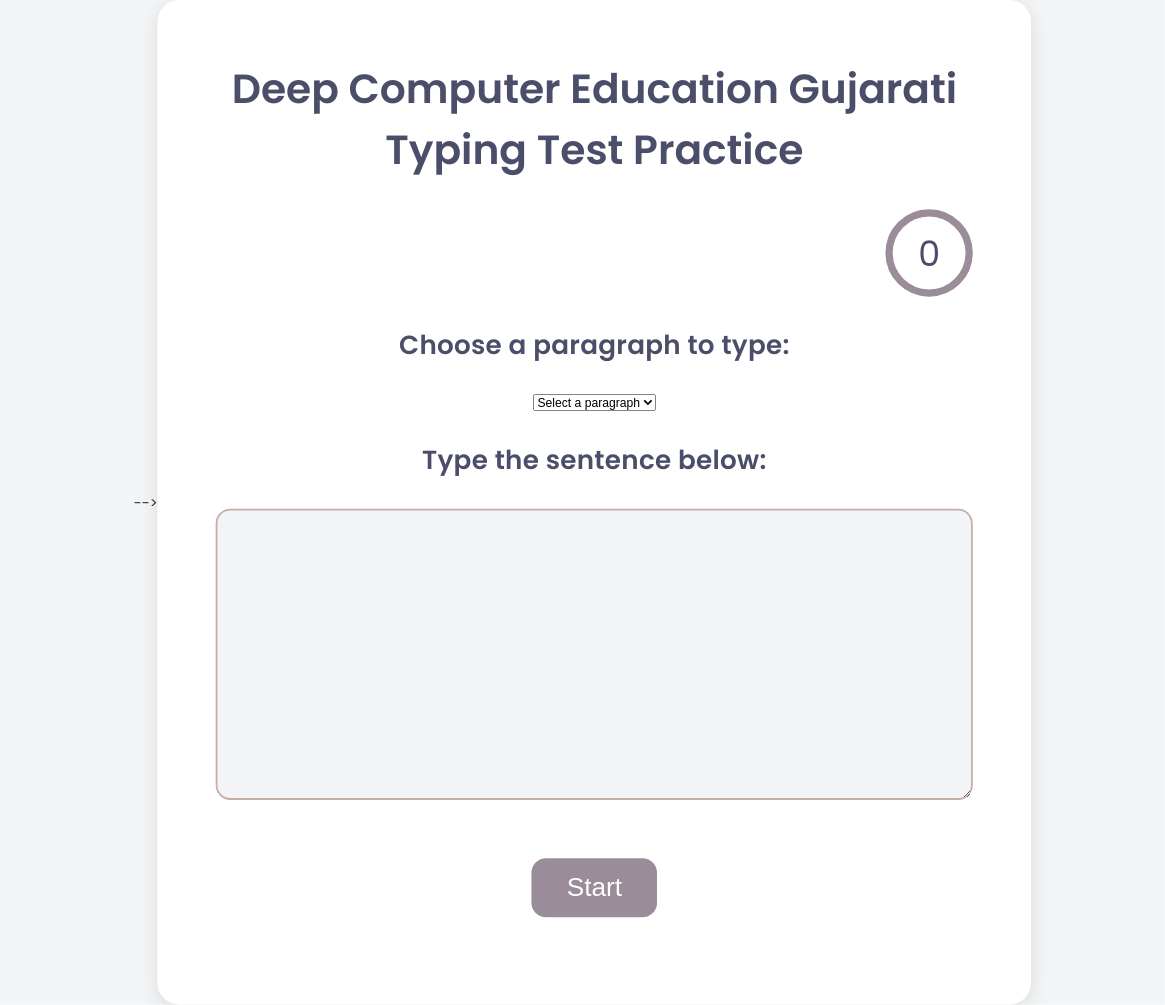
Repository: ssj27072002/Gujarati-typing-test
Page: typingGame/index.html
These files come from the project's save history. The page is drawn as it stood at one moment and after the next save; the edit follows.
The browser window is 1280 px wide. The pictures show the whole page, at 91% of full size.

Above is the page before, as saved 2024-06-12 12:47:46.

### typingGame/index.html
<!-- <!DOCTYPE html>
<html lang="en">
<head>
    <meta charset="UTF-8">
    <title>Gujarati Typing Test</title>
    <link rel="stylesheet" href="css/style.css">
</head>
<body>
    <div class="typing-section">
        <h1>Deep Computer Education Gujarati Typing Test Practice</h1>
        <div class="timer-div">
            <div id="show-time">0</div>
        </div>
        <h2>Type the sentence below:</h2>
        <div id="showSentence">ગાંધીનગર ગુજરાતની રાજધાની છે. આ શહેરમાં મોટા પ્રમાણમાં સરકારી કાર્યાલયો અને ઔદ્યોગિક ક્ષેત્ર છે. અમદાવાદ, જે ગુજરાતનું સૌથી મોટું શહેર છે, તેનું એક મહત્વનું ઐતિહાસિક અને આર્થિક કેન્દ્ર છે. અમદાવાદની સુંદર નદી સાબરમતીના કાંઠે બનેલું સાબરમતી આશ્રમ મહાત્મા ગાંધીજીની યાદ અપાવે છે.</div>
        <textarea id="textarea" disabled></textarea>
        <button id="btn">Start</button>
        <div id="score"></div>
    </div>

<!-- <section class="main-body"> -->
    <!-- <h2>typing Speed test</h2> -->

     <!-- <div class="timer-div"> -->
        <!-- <p id="show-time"></p> -->
     <!-- </div> -->

    <!-- <p id="showSentence"></p> -->

    <!-- <div class="typing_section">
        <label for="textarea"></label>
        <textarea name="textarea" id="textarea" cols="30" rows="10" disabled></textarea>
        <br>
        <button id="btn">Start</button>
    </div> -->

    <!-- <p id="score"></p>
</section> -->

<!-- <script src="js/index.js"></script>
</body>
</html> --> -->

<!DOCTYPE html>
<html lang="en">
<head>
    <meta charset="UTF-8">
    <title>Gujarati Typing Test</title>
    <link rel="stylesheet" href="css/style.css">
</head>
<body>
    <div class="typing-section">
        <h1>Deep Computer Education Gujarati Typing Test Practice</h1>
        <div class="timer-div">
            <div id="show-time">0</div>
        </div>
        <h2>Choose a paragraph to type:</h2>
        <select id="paragraphSelector">
            <option value="">Select a paragraph</option>
            <option value="1">Paragraph 1</option>
            <option value="2">Paragraph 2</option>
            <option value="3">Paragraph 3</option>
        </select>
        <h2>Type the sentence below:</h2>
        <div id="showSentence"></div>
        <textarea id="textarea" disabled></textarea>
        <button id="btn">Start</button>
        <div id="score"></div>
    </div>

<script src="js/index.js"></script>
</body>
</html>

### typingGame/css/style.css
/* @import url('https://fonts.googleapis.com/css2?family=Josefin+Sans:wght@400;600;700&family=Lexend+Deca:wght@100;200;300;400;500;600;700&family=Poppins:wght@300;400;600&display=swap');

*{
    margin: 0;
    padding: 0;
    box-sizing: border-box;
    font-family: 'Poppins', sans-serif;
}

html{
    font-size: 62.5%;
}

body{
    height: 100vh;
    display: flex;
    justify-content: center;
    align-items: center;
    background-color: rgba(191, 172, 226, 0.35);
}

.typing-section{
    text-align: center;
}

#textarea{
    border: .1rem solid #A084DC;
    border-radius: 1rem;
    max-width: 50rem;
    width: 50rem;
    height: 20rem;
    padding: 1rem 2rem;
    font-size: 1.6rem;
}

#btn{
    display: inline-block;
    padding: 1rem 2.4rem;
    border: none;
    border-radius: 1rem;
    background-color: #645CBB;
    color: #fff;
    font-size: 1.8rem;
    margin-top: 1.6rem;
}

h2{
    font-size: 2.4rem;
    text-transform: capitalize;
    color: #645CBB;
    text-align: center;
}

#showSentence, #score{
    font-size: 1.6rem;
    margin: 2rem 0;
    letter-spacing: .02rem;
    text-align: center;
}

.timer-div{
    width: 100%;
    text-align: right;
    display: flex;
    justify-content: flex-end;
}

#show-time{
    font-size: 2.4rem;
    padding: 1.5rem;
    text-align: right;
    width: 6rem;
    place-items: center;
    display: flex;
    justify-content: center;
    align-items: center;
    border-radius: 50%;
    border: .5rem solid #645CBB;
} */

/* @import url('https://fonts.googleapis.com/css2?family=Josefin+Sans:wght@400;600;700&family=Lexend+Deca:wght@100;200;300;400;500;600;700&family=Poppins:wght@300;400;600&display=swap');

* {
    margin: 0;
    padding: 0;
    box-sizing: border-box;
    font-family: 'Poppins', sans-serif;
}

html {
    font-size: 62.5%;
}

body {
    height: 100vh;
    display: flex;
    justify-content: center;
    align-items: center;
    background-color: #f3f4f6;
    color: #333;
}

.typing-section {
    text-align: center;
    background: #fff;
    border-radius: 1.5rem;
    box-shadow: 0 4px 20px rgba(0, 0, 0, 0.1);
    padding: 2rem 4rem;
    max-width: 60rem;
    width: 100%;
}

.typing-section h1 {
    font-size: 3.6rem;
    color: #4a4e69;
    margin-bottom: 2rem;
    text-transform: capitalize;
    font-weight: 700;
}

#textarea {
    border: .2rem solid #c9ada7;
    border-radius: 1rem;
    max-width: 100%;
    width: 100%;
    height: 20rem;
    padding: 1rem 2rem;
    font-size: 1.6rem;
    color: #333;
    background: #f3f4f6;
    outline: none;
    transition: border-color 0.3s ease;
}

#textarea:focus {
    border-color: #9a8c98;
}

#btn {
    display: inline-block;
    padding: 1rem 2.4rem;
    border: none;
    border-radius: 1rem;
    background-color: #9a8c98;
    color: #fff;
    font-size: 1.8rem;
    margin-top: 2rem;
    cursor: pointer;
    transition: background-color 0.3s ease;
}

#btn:hover {
    background-color: #6d6875;
}

h2 {
    font-size: 2.4rem;
    color: #4a4e69;
    text-align: center;
    margin-bottom: 1.5rem;
}

#showSentence, #score {
    font-size: 1.8rem;
    margin: 2rem 0;
    letter-spacing: .02rem;
    text-align: center;
    color: #4a4e69;
}

.timer-div {
    width: 100%;
    text-align: right;
    display: flex;
    justify-content: flex-end;
    margin-bottom: 1rem;
}

#show-time {
    font-size: 2.4rem;
    padding: 1.5rem;
    text-align: center;
    width: 6rem;
    height: 6rem;
    display: flex;
    justify-content: center;
    align-items: center;
    border-radius: 50%;
    border: .5rem solid #9a8c98;
    color: #4a4e69;
    background: #fff;
} */




/* @import url('https://fonts.googleapis.com/css2?family=Josefin+Sans:wght@400;600;700&family=Lexend+Deca:wght@100;200;300;400;500;600;700&family=Poppins:wght@300;400;600&display=swap');

* {
    margin: 0;
    padding: 0;
    box-sizing: border-box;
    font-family: 'Poppins', sans-serif;
}

html {
    font-size: 62.5%;
}

body {
    height: 100vh;
    display: flex;
    justify-content: center;
    align-items: center;
    background-color: #f3f4f6;
    color: #333;
}

.typing-section {
    text-align: center;
    background: #fff;
    border-radius: 1.5rem;
    box-shadow: 0 4px 20px rgba(0, 0, 0, 0.1);
    padding: 2rem 4rem;
    max-width: 60rem;
    width: 100%;
}

.typing-section h1 {
    font-size: 3.6rem;
    color: #4a4e69;
    margin-bottom: 2rem;
    text-transform: capitalize;
    font-weight: 700;
}

#textarea {
    border: .2rem solid #c9ada7;
    border-radius: 1rem;
    max-width: 100%;
    width: 100%;
    height: 20rem;
    padding: 1rem 2rem;
    font-size: 1.6rem;
    color: #333;
    background: #f3f4f6;
    outline: none;
    transition: border-color 0.3s ease;
    margin-bottom: 2rem;
}

#textarea:focus {
    border-color: #9a8c98;
}

#btn {
    display: inline-block;
    padding: 1rem 2.4rem;
    border: none;
    border-radius: 1rem;
    background-color: #9a8c98;
    color: #fff;
    font-size: 1.8rem;
    margin-top: 2rem;
    cursor: pointer;
    transition: background-color 0.3s ease;
}

#btn:hover {
    background-color: #6d6875;
}

h2 {
    font-size: 2.4rem;
    color: #4a4e69;
    text-align: center;
    margin-bottom: 1.5rem;
}

#showSentence, #score {
    font-size: 1.6rem;
    margin: 2rem 0;
    letter-spacing: .02rem;
    text-align: center;
    color: #4a4e69;
}

.timer-div {
    width: 100%;
    text-align: right;
    display: flex;
    justify-content: flex-end;
    margin-bottom: 1rem;
}

#show-time {
    font-size: 2.4rem;
    padding: 1.5rem;
    text-align: center;
    width: 6rem;
    height: 6rem;
    display: flex;
    justify-content: center;
    align-items: center;
    border-radius: 50%;
    border: .5rem solid #9a8c98;
    color: #4a4e69;
    background: #fff;
}
 */



 @import url('https://fonts.googleapis.com/css2?family=Josefin+Sans:wght@400;600;700&family=Lexend+Deca:wght@100;200;300;400;500;600;700&family=Poppins:wght@300;400;600&display=swap');

/* Reset */
* {
    margin: 0;
    padding: 0;
    box-sizing: border-box;
}

/* Typography */
html {
    font-size: 16px; /* Base font size */
}

body {
    min-height: 100vh;
    display: flex;
    justify-content: center;
    align-items: center;
    font-family: 'Poppins', sans-serif;
    background-color: #f3f4f6;
    color: #333;
}

/* Typing section */
.typing-section {
    text-align: center;
    background-color: #fff;
    border-radius: 1.5rem;
    box-shadow: 0 4px 20px rgba(0, 0, 0, 0.1);
    padding: 4rem;
    max-width: 60rem;
    width: 90%;
}

.typing-section h1 {
    font-size: 2.8rem;
    color: #4a4e69;
    margin-bottom: 2rem;
    font-weight: 700;
}

/* Text area */
#textarea {
    border: 2px solid #c9ada7;
    border-radius: 1rem;
    width: 100%;
    height: 20rem;
    padding: 1rem 2rem;
    font-size: 1.6rem;
    color: #333;
    background-color: #f3f4f6;
    outline: none;
    transition: border-color 0.3s ease;
    margin-bottom: 2rem;
}

#textarea:focus {
    border-color: #9a8c98;
}

/* Button */
#btn {
    display: inline-block;
    padding: 1rem 2.4rem;
    border: none;
    border-radius: 1rem;
    background-color: #9a8c98;
    color: #fff;
    font-size: 1.8rem;
    margin-top: 2rem;
    cursor: pointer;
    transition: background-color 0.3s ease;
}

#btn:hover {
    background-color: #6d6875;
}

/* Secondary text */
h2, #showSentence, #score {
    font-size: 1.8rem;
    margin: 2rem 0;
    letter-spacing: 0.02rem;
    color: #4a4e69;
}

/* Timer */
.timer-div {
    width: 100%;
    text-align: right;
    display: flex;
    justify-content: flex-end;
    margin-bottom: 1rem;
}

#show-time {
    font-size: 2.4rem;
    padding: 1.5rem;
    text-align: center;
    width: 6rem;
    height: 6rem;
    display: flex;
    justify-content: center;
    align-items: center;
    border-radius: 50%;
    border: 0.5rem solid #9a8c98;
    color: #4a4e69;
    background-color: #fff;
}

Loaded but not shown: typingGame/js/index.js (405 lines, source omitted)

After the next save:
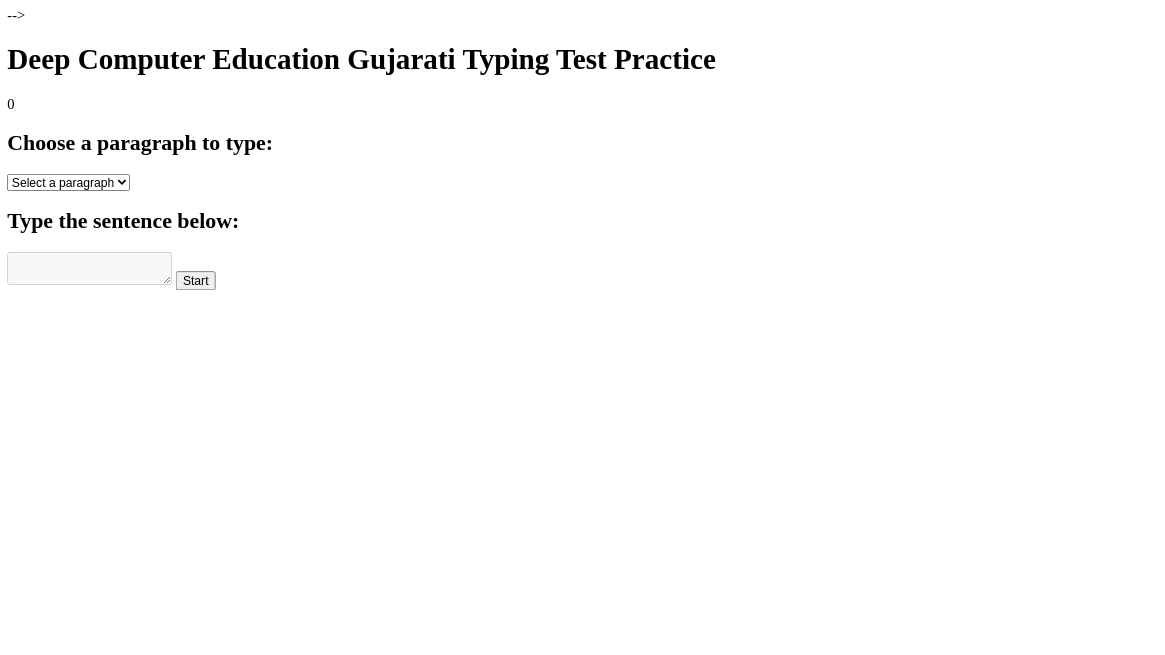
Saved 21 s later.
--- a/typingGame/css/style.css
+++ b/typingGame/css/style.css
@@ -308,116 +308,3 @@
     background: #fff;
 }
  */
-
-
-
- @import url('https://fonts.googleapis.com/css2?family=Josefin+Sans:wght@400;600;700&family=Lexend+Deca:wght@100;200;300;400;500;600;700&family=Poppins:wght@300;400;600&display=swap');
-
-/* Reset */
-* {
-    margin: 0;
-    padding: 0;
-    box-sizing: border-box;
-}
-
-/* Typography */
-html {
-    font-size: 16px; /* Base font size */
-}
-
-body {
-    min-height: 100vh;
-    display: flex;
-    justify-content: center;
-    align-items: center;
-    font-family: 'Poppins', sans-serif;
-    background-color: #f3f4f6;
-    color: #333;
-}
-
-/* Typing section */
-.typing-section {
-    text-align: center;
-    background-color: #fff;
-    border-radius: 1.5rem;
-    box-shadow: 0 4px 20px rgba(0, 0, 0, 0.1);
-    padding: 4rem;
-    max-width: 60rem;
-    width: 90%;
-}
-
-.typing-section h1 {
-    font-size: 2.8rem;
-    color: #4a4e69;
-    margin-bottom: 2rem;
-    font-weight: 700;
-}
-
-/* Text area */
-#textarea {
-    border: 2px solid #c9ada7;
-    border-radius: 1rem;
-    width: 100%;
-    height: 20rem;
-    padding: 1rem 2rem;
-    font-size: 1.6rem;
-    color: #333;
-    background-color: #f3f4f6;
-    outline: none;
-    transition: border-color 0.3s ease;
-    margin-bottom: 2rem;
-}
-
-#textarea:focus {
-    border-color: #9a8c98;
-}
-
-/* Button */
-#btn {
-    display: inline-block;
-    padding: 1rem 2.4rem;
-    border: none;
-    border-radius: 1rem;
-    background-color: #9a8c98;
-    color: #fff;
-    font-size: 1.8rem;
-    margin-top: 2rem;
-    cursor: pointer;
-    transition: background-color 0.3s ease;
-}
-
-#btn:hover {
-    background-color: #6d6875;
-}
-
-/* Secondary text */
-h2, #showSentence, #score {
-    font-size: 1.8rem;
-    margin: 2rem 0;
-    letter-spacing: 0.02rem;
-    color: #4a4e69;
-}
-
-/* Timer */
-.timer-div {
-    width: 100%;
-    text-align: right;
-    display: flex;
-    justify-content: flex-end;
-    margin-bottom: 1rem;
-}
-
-#show-time {
-    font-size: 2.4rem;
-    padding: 1.5rem;
-    text-align: center;
-    width: 6rem;
-    height: 6rem;
-    display: flex;
-    justify-content: center;
-    align-items: center;
-    border-radius: 50%;
-    border: 0.5rem solid #9a8c98;
-    color: #4a4e69;
-    background-color: #fff;
-}
